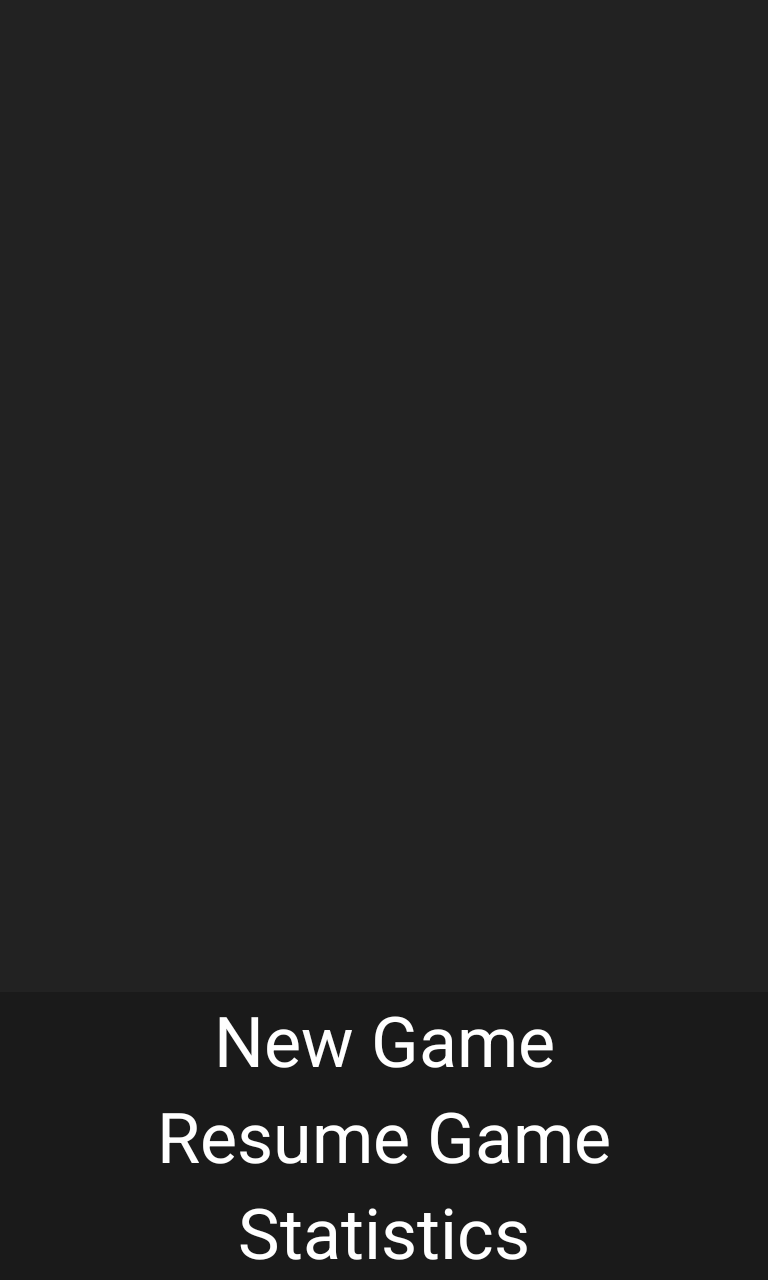
Repository: andyhurd/SuperMunchkin
Layout: SuperMunchkin/res/layout/activity_main_menu.xml
An editor plug-in stored every save of this project. The layout is shown before and after the next save, followed by the edit.
It is drawn on a 768 x 1280 px phone screen (xhdpi) without system bars, with theme AppTheme; the app's code is not run.

Above is the layout before, as saved 2012-11-02 01:18:20.

### SuperMunchkin/res/layout/activity_main_menu.xml

    <LinearLayout xmlns:android="http://schemas.android.com/apk/res/android"
        android:layout_width="fill_parent"
        android:layout_height="fill_parent"
        android:orientation="vertical"
        android:gravity="bottom"
        android:background="@color/charcoal" >

	    <LinearLayout
	        android:layout_width="fill_parent"
	        android:layout_height="wrap_content"
	        android:orientation="vertical"
	        android:gravity="center"
	        android:background="@color/charcoal_accent" >

	        <Button
	            android:id="@+id/newGameButton"
	            android:layout_width="match_parent"
	            android:layout_height="wrap_content"
	            android:text="@string/new_game"
		        android:textColor="@android:color/white"
		        android:textSize="35dip"
		        style="?android:attr/borderlessButtonStyle" />

	        <Button
	            android:id="@+id/resumeGameButton"
	            android:layout_width="match_parent"
	            android:layout_height="wrap_content"
	            android:text="@string/resume_game"
		        android:textColor="@android:color/white"
		        android:textSize="35dip"
		        style="?android:attr/borderlessButtonStyle" />

	        <Button
	            android:id="@+id/statisticsButton"
	            android:layout_width="match_parent"
	            android:layout_height="wrap_content"
	            android:text="@string/statistics"
		        android:textColor="@android:color/white"
		        android:textSize="35dip"
		        style="?android:attr/borderlessButtonStyle" />
        </LinearLayout>

    </LinearLayout>

### SuperMunchkin/res/values/colors.xml
<resources>

    <color name="charcoal">#222222</color>
    <color name="charcoal_accent">#1A1A1A</color>
    <color name="mist">#BBBBBB</color>
    <color name="holo_blue_bright">#FF33FFFF</color>

</resources>

### SuperMunchkin/res/values/strings.xml
<resources>

    <string name="app_name">SuperMunchkin</string>
    <string name="averageGearAbbr">AVG GEAR</string>
    <string name="averageLevelAbbr">AVG LEVEL</string>
    <string name="cancel">Cancel</string>
    <string name="choose_next">Choose Next</string>
    <string name="declare_victor">is the winner!</string>
    <string name="done">Done</string>
    <string name="false_abbr">F</string>
    <string name="finish">Finish</string>
    <string name="firstName">First Name</string>
    <string name="first_player_prompt">Who Plays First?</string>
    <string name="gamesPlayedAbbr">GAMES PLAYED</string>
    <string name="gamesWonAbbr">GAMES WON</string>
    <string name="gear">Gear</string>
    <string name="gearAbbr">GEAR</string>
    <string name="lastName">Last Name</string>
    <string name="level">Level</string>
    <string name="levelAbbr">LEVEL</string>
    <string name="menu_settings">Settings</string>
    <string name="nextPlayer">Next Player</string>
    <string name="next_player_prompt">Who Plays Next?</string>
    <string name="one">1</string>
    <string name="new_game">New Game</string>
    <string name="player">PLAYER</string>
    <string name="playerName">Player Name</string>
    <string name="plus_sign">+</string>
    <string name="previousPlayer">Previous Player</string>
    <string name="reorder">Reorder</string>
    <string name="removePlayers">Remove Players</string>
    <string name="remove">Remove</string>
    <string name="restorePlayers">Restore Players</string>
    <string name="restore">Restore</string>
    <string name="resume_game">Resume Game</string>
    <string name="unfinished_game">Unfinished Game</string>
    <string name="save">Save</string>
    <string name="start">Start</string>
    <string name="statistics">Statistics</string>
    <string name="totalGearAbbr">TOTAL GEAR</string>
    <string name="totalLevelAbbr">TOTAL LEVEL</string>
    <string name="true_abbr">T</string>
    <string name="warrior">Warrior</string>
    <string name="warriorAbbr">WARR</string>
    <string name="warriorFull">WARRIOR</string>
    <string name="winPercentageAbbr">WIN%</string>
    <string name="zero">0</string>
    <string name="zeroPercent">0.0%</string>

</resources>

Loaded but not shown: SuperMunchkin/res/values-v11/styles.xml (common file); SuperMunchkin/res/values-v14/styles.xml (common file); SuperMunchkin/res/values/styles.xml (common file)

After the next save:
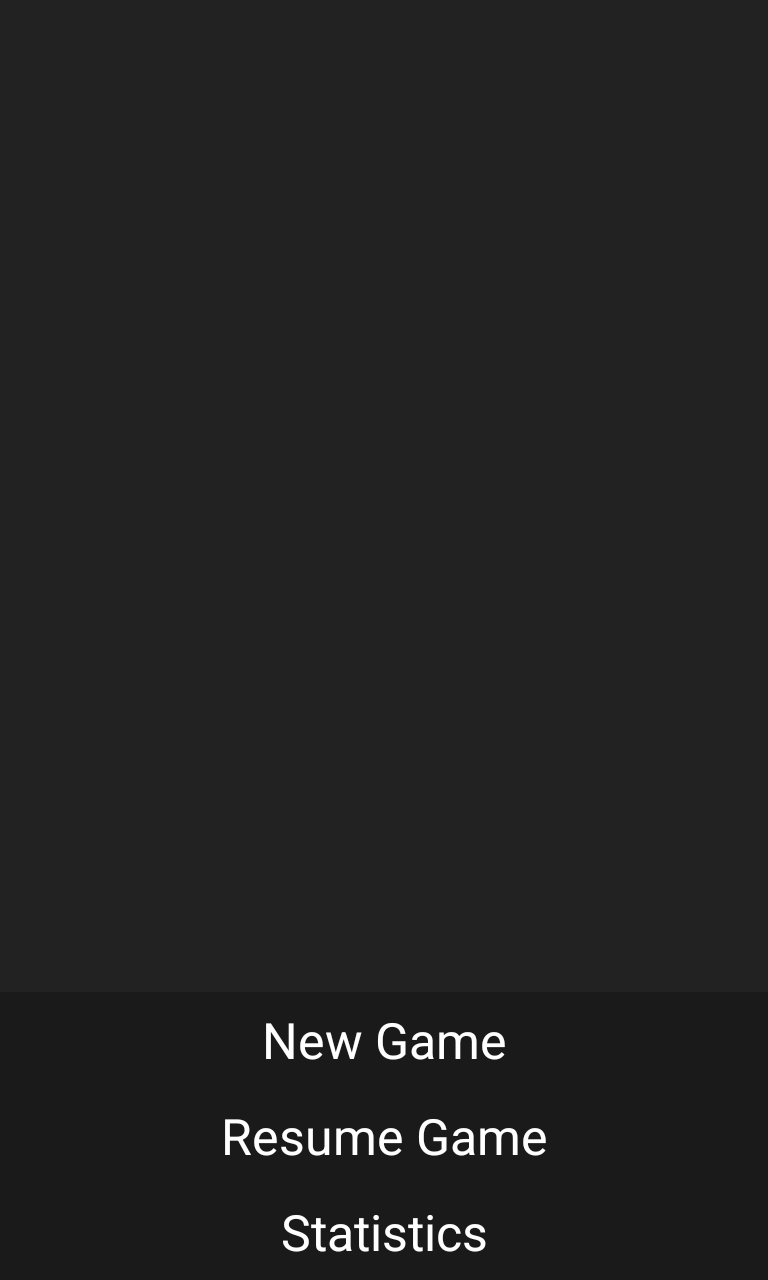
Saved 45 s later.
--- a/SuperMunchkin/res/layout/activity_main_menu.xml
+++ b/SuperMunchkin/res/layout/activity_main_menu.xml
@@ -19,7 +19,7 @@
 	            android:layout_height="wrap_content"
 	            android:text="@string/new_game"
 		        android:textColor="@android:color/white"
-		        android:textSize="35dip"
+		        android:textSize="25dip"
 		        style="?android:attr/borderlessButtonStyle" />
 
 	        <Button
@@ -28,7 +28,7 @@
 	            android:layout_height="wrap_content"
 	            android:text="@string/resume_game"
 		        android:textColor="@android:color/white"
-		        android:textSize="35dip"
+		        android:textSize="25dip"
 		        style="?android:attr/borderlessButtonStyle" />
 
 	        <Button
@@ -37,7 +37,7 @@
 	            android:layout_height="wrap_content"
 	            android:text="@string/statistics"
 		        android:textColor="@android:color/white"
-		        android:textSize="35dip"
+		        android:textSize="25dip"
 		        style="?android:attr/borderlessButtonStyle" />
         </LinearLayout>
 
